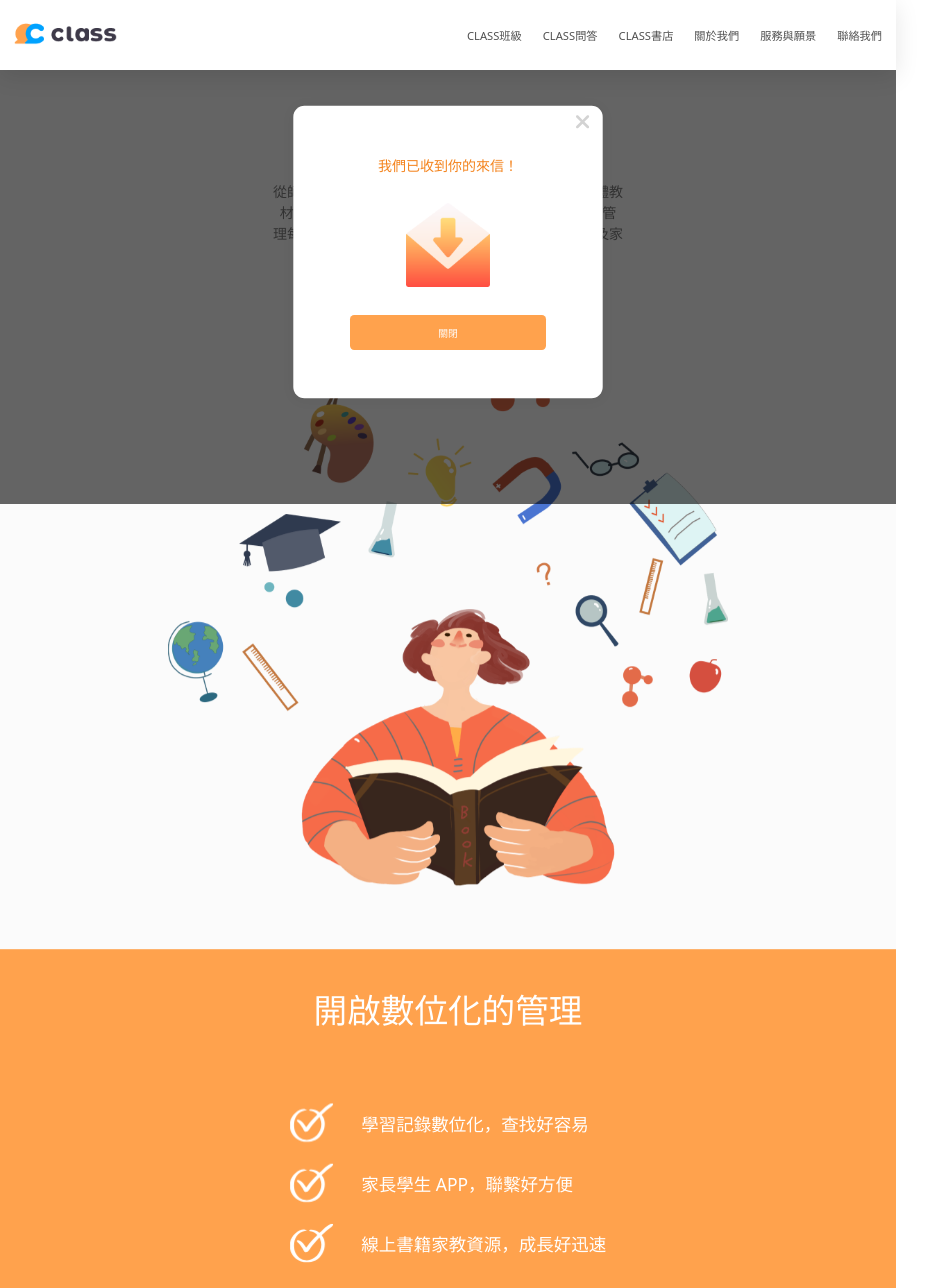
Repository: nathanltd/Class-Official
Page: /
An editor plug-in stored every save of this project. The page is shown before and after the next save, followed by the edit.
The browser window is 1280 px wide. The page is 1338 px wide, so the pictures cover 1338 px, including what lies to the right of the window. The pictures show the part of the page from y = 0 to 1840 px (the page is 6029 px tall), at 70% of full size.
The project was rebuilt for these pictures with package versions that can differ from the ones it lists, and the page was loaded fresh each time. Also part of the build but not shown: src/Components/DownloadApp/App.css, src/Components/DownloadApp/App.jsx, src/Pages/Class/styles/Feature.css, src/Pages/Class/Feature.jsx, src/Pages/Class/styles/Hero.css, src/Pages/Class/Hero.jsx, src/Pages/Class/styles/Provide.css, src/Pages/Class/Provide.jsx and 11 more.

Above is the page before, as saved 2022-10-15 10:46:09.

After the next save:
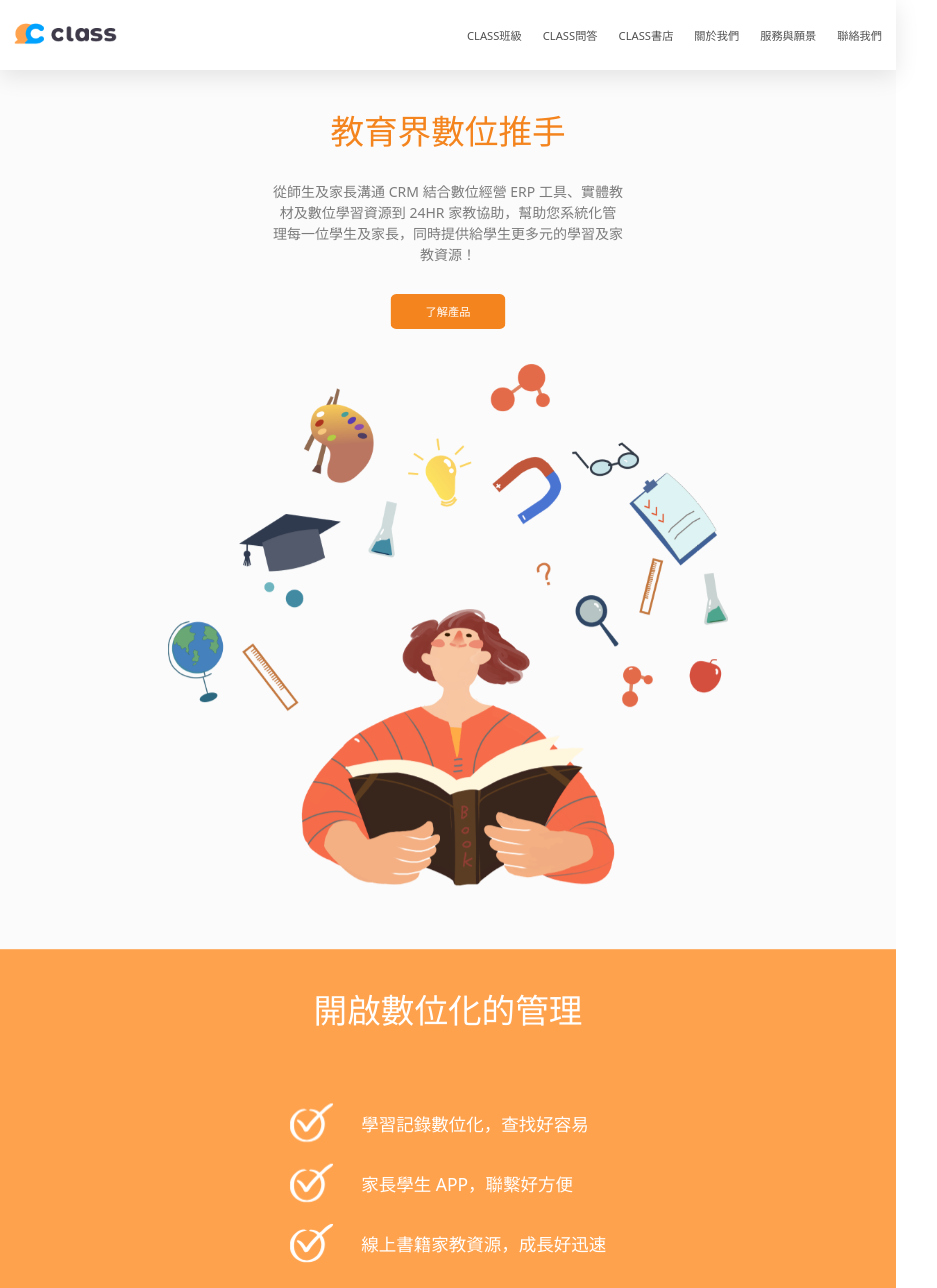
Saved 9 min 25 s later.
--- a/src/Pages/Landing/Contact.jsx
+++ b/src/Pages/Landing/Contact.jsx
@@ -47,7 +47,6 @@
   */
   return (
     <div id="contact" className="contact">
-      {openModal && <MailModal closeModal={setOpenModal} />}
       <div className="max-cont">
         <iframe name="hidden_iframe" style={{ display: "none" }}></iframe>
         <Fade>

After the save that followed:
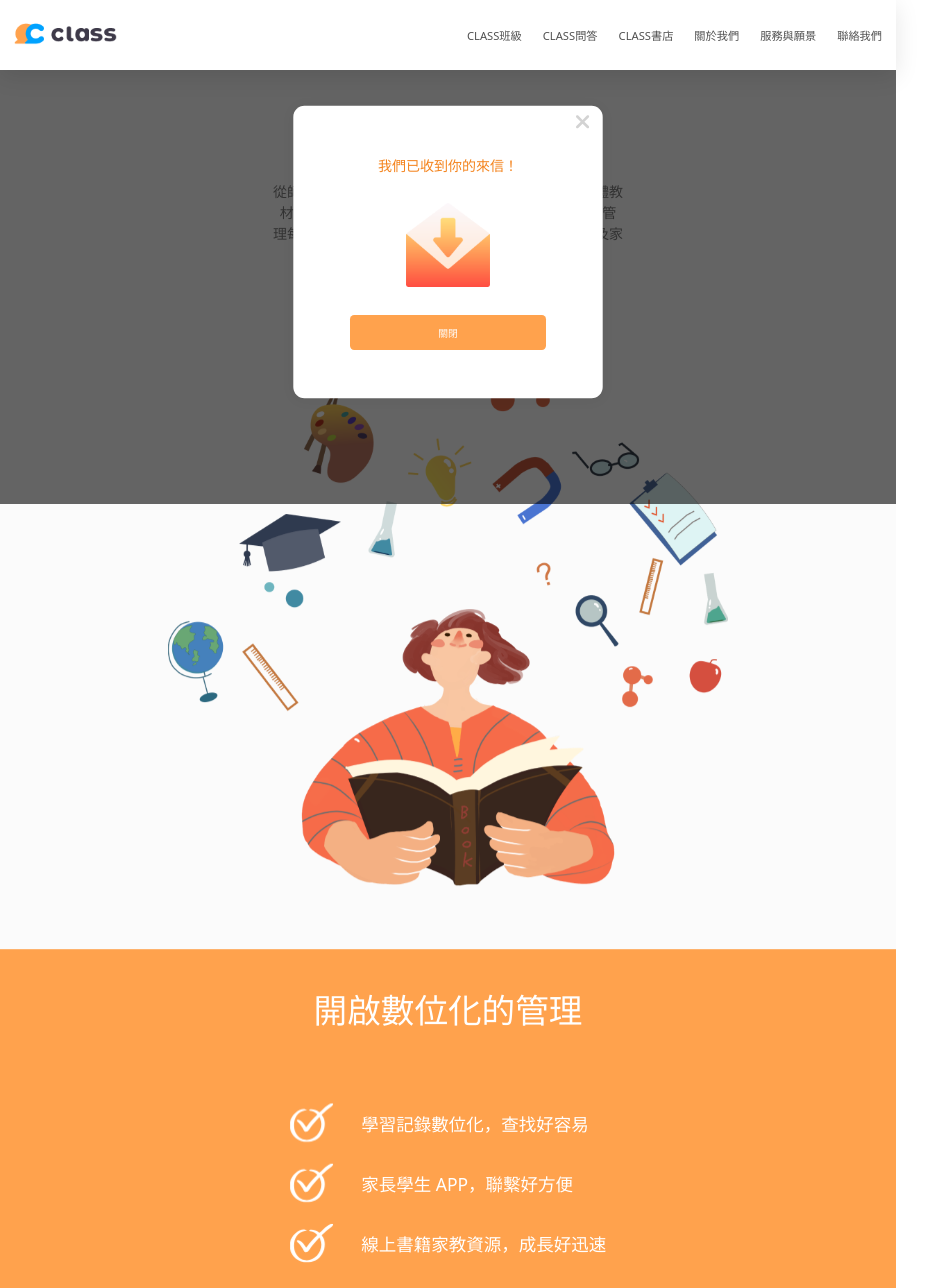
Saved 44 s later.
--- a/src/Pages/Landing/Contact.jsx
+++ b/src/Pages/Landing/Contact.jsx
@@ -47,6 +47,7 @@
   */
   return (
     <div id="contact" className="contact">
+      {openModal && <MailModal closeModal={setOpenModal} />}
       <div className="max-cont">
         <iframe name="hidden_iframe" style={{ display: "none" }}></iframe>
         <Fade>
